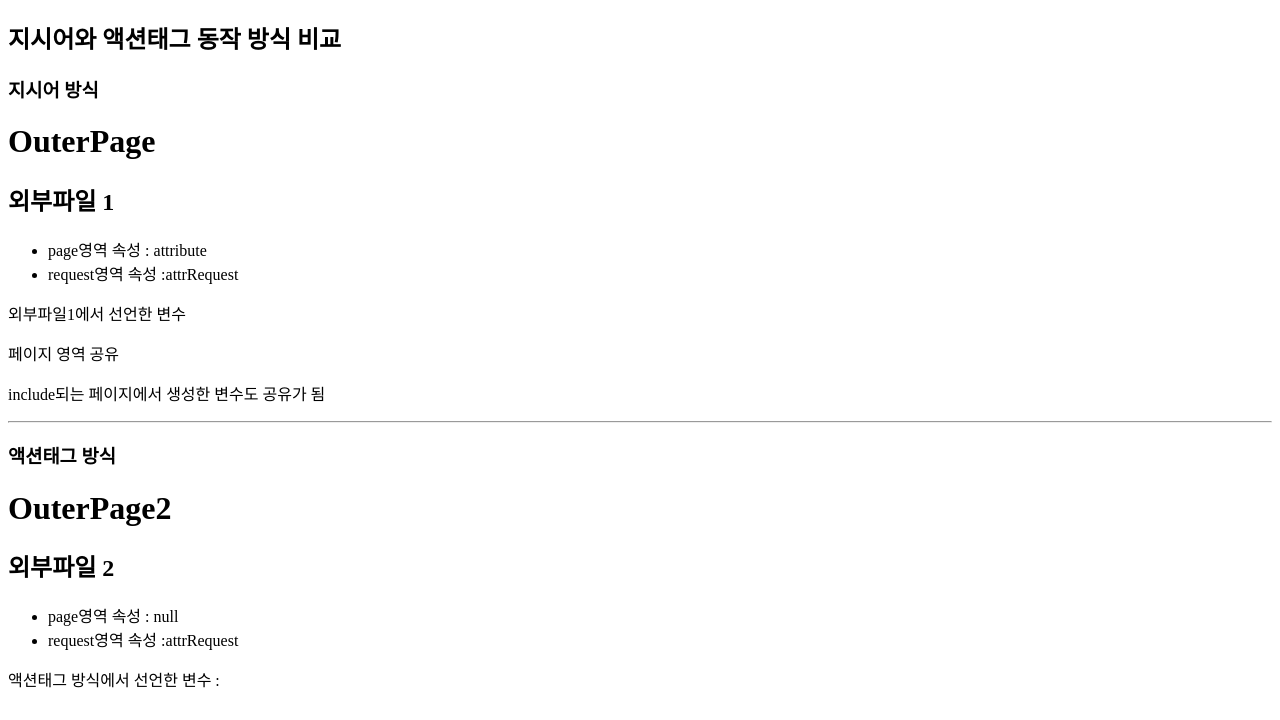
Repository: cheez0909/JSP
Page: http://localhost/1103/actionTag/includeMain.jsp
The author's editor kept a copy of each file at every save. The page is drawn from the files as they stood at one save, then again after the next save.
The browser window is 1280 px wide. The pictures show the whole page.
The page is served by Tomcat 9. Other server files are loaded and not shown.

Above is the page before, as saved 2023-11-09 07:55:56.

### 1103/src/main/webapp/actionTag/includeMain.jsp
<%@ page language="java" contentType="text/html; charset=UTF-8"
    pageEncoding="UTF-8"%>
<!DOCTYPE html>
<html>
<head>
<meta charset="UTF-8">
<title>includeMain</title>
</head>
<body>
<%
	pageContext.setAttribute("attribute", "attribute");
	request.setAttribute("attrRequest", "attrRequest");
%>
<h2>지시어와 액션태그 동작 방식 비교</h2>
<h3>지시어 방식</h3>
<%@ include file = "inc/OuterPage.jsp" %>
<%=newVar1 %>
<p>페이지 영역 공유</p>
<p>include되는 페이지에서 생성한 변수도 공유가 됨</p>
<hr>
<h3>액션태그 방식</h3>
<jsp:include page="inc/OuterPage2.jsp"></jsp:include>
액션태그 방식에서 선언한 변수 : <%--=newVar2 --%>
</body>
</html>

### 1103/src/main/webapp/actionTag/inc/OuterPage.jsp
<%@ page language="java" contentType="text/html; charset=UTF-8"
    pageEncoding="UTF-8"%>
<!DOCTYPE html>
<html>
<head>
<meta charset="UTF-8">
<title>Insert title here</title>
</head>
<body>
<h1>OuterPage</h1>
	<h2>외부파일 1</h2>
	<%
		String newVar1 = "외부파일1에서 선언한 변수";
	%>
	<ul>
		<li>page영역 속성 : <%=pageContext.getAttribute("attribute") %></li>
		<li>request영역 속성 :<%=request.getAttribute("attrRequest") %></li>
	</ul>
</body>
</html>

### 1103/src/main/webapp/actionTag/inc/OuterPage2.jsp
<%@ page language="java" contentType="text/html; charset=UTF-8"
    pageEncoding="UTF-8"%>
<!DOCTYPE html>
<html>
<head>
<meta charset="UTF-8">
<title>Insert title here</title>
</head>
<body>

<h1>OuterPage2</h1>
	<h2>외부파일 2</h2>
	<%
		String newVar2 = "외부파일2에서 선언한 변수";
	%>
	<ul>
		<li>page영역 속성 : <%=pageContext.getAttribute("attribute") %></li>
		<li>request영역 속성 :<%=request.getAttribute("attrRequest") %></li>
	</ul>

</body>
</html>

After the next save:
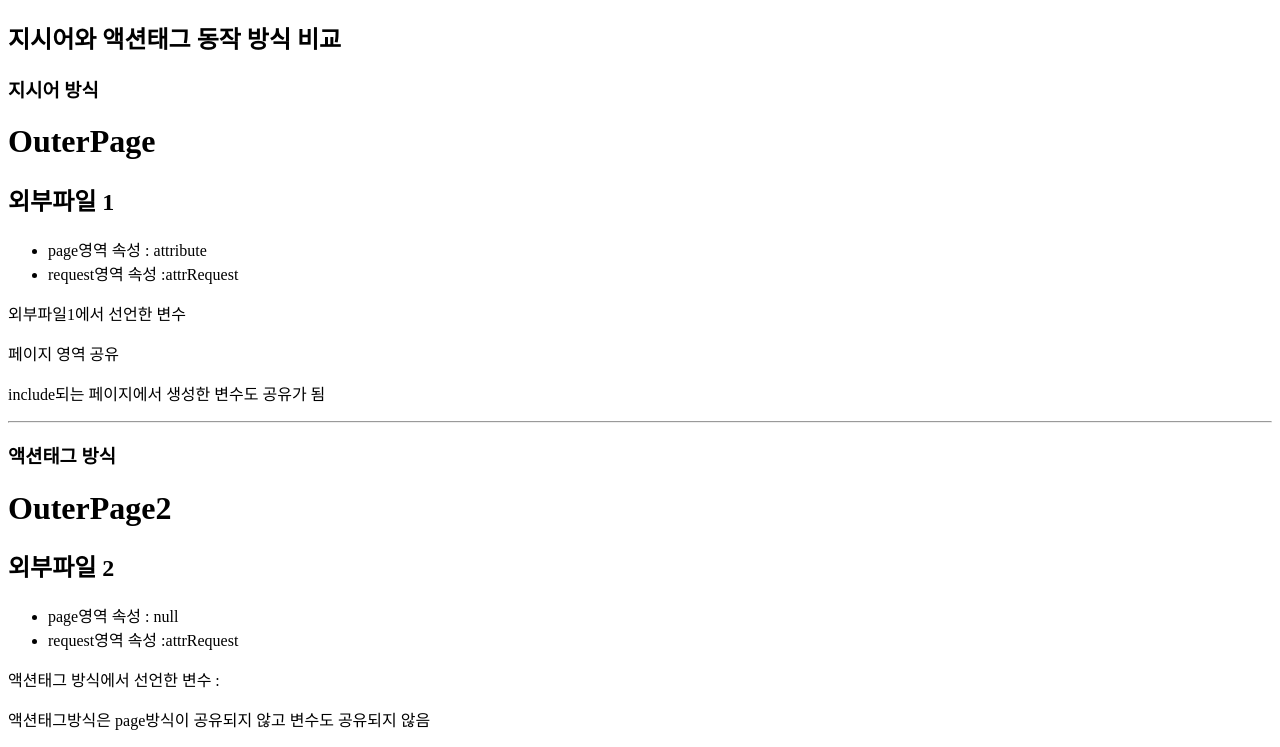
Saved 58 s later.
--- a/1103/src/main/webapp/actionTag/includeMain.jsp
+++ b/1103/src/main/webapp/actionTag/includeMain.jsp
@@ -21,5 +21,6 @@
 <h3>액션태그 방식</h3>
 <jsp:include page="inc/OuterPage2.jsp"></jsp:include>
 액션태그 방식에서 선언한 변수 : <%--=newVar2 --%>
+<p>액션태그방식은 page방식이 공유되지 않고 변수도 공유되지 않음</p>
 </body>
 </html>
